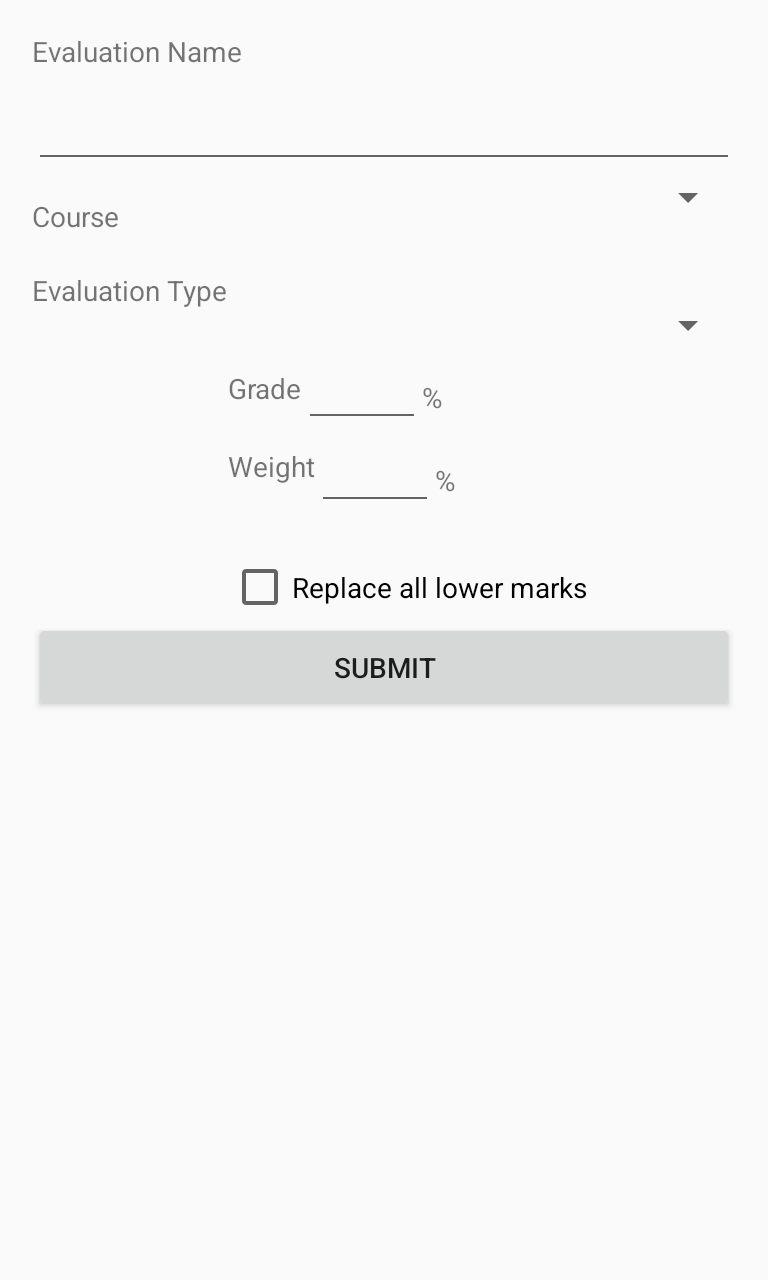
Repository: Tenergy05/GradePlanner
Layout: GradePlanner/res/layout/activity_add_mark.xml
An editor plug-in stored every save of this project. The layout is shown before and after the next save, followed by the edit.
It is drawn on a 768 x 1280 px phone screen (xhdpi) without system bars, with theme AppTheme; the app's code is not run.

Above is the layout before, as saved 2014-12-30 21:53:14.

### GradePlanner/res/layout/activity_add_mark.xml
<RelativeLayout xmlns:android="http://schemas.android.com/apk/res/android"
    xmlns:tools="http://schemas.android.com/tools"
    android:layout_width="match_parent"
    android:layout_height="match_parent"
    android:paddingBottom="@dimen/activity_vertical_margin"
    android:paddingLeft="@dimen/activity_horizontal_margin"
    android:paddingRight="@dimen/activity_horizontal_margin"
    android:paddingTop="@dimen/activity_vertical_margin"
    tools:context="com.example.gradeplanner.AddMarkActivity" >

    <TextView
        android:id="@+id/textView1"
        android:layout_width="wrap_content"
        android:layout_height="wrap_content"
        android:text="@string/eval_name" />

    <EditText
        android:id="@+id/editText1"
        android:layout_width="wrap_content"
        android:layout_height="wrap_content"
        android:layout_alignLeft="@+id/textView1"
        android:layout_alignParentRight="true"
        android:layout_below="@+id/textView1"
        android:layout_marginTop="10dp"
        android:inputType="text"
        android:ems="10" />

    <TextView
        android:id="@+id/textView2"
        android:layout_width="wrap_content"
        android:layout_height="wrap_content"
        android:layout_alignLeft="@+id/editText1"
        android:layout_below="@+id/editText1"
        android:layout_marginTop="12dp"
        android:text="@string/course" />

    <Spinner
        android:id="@+id/spinner1"
        android:layout_width="wrap_content"
        android:layout_height="wrap_content"
        android:layout_alignRight="@+id/editText1"
        android:layout_below="@+id/editText1"
        android:layout_toRightOf="@+id/textView2" />

    <TextView
        android:id="@+id/textView3"
        android:layout_width="wrap_content"
        android:layout_height="wrap_content"
        android:layout_alignLeft="@+id/textView2"
        android:layout_below="@+id/textView2"
        android:layout_marginTop="18dp"
        android:text="@string/eval_type" />

    <Spinner
        android:id="@+id/spinner2"
        android:layout_width="wrap_content"
        android:layout_height="wrap_content"
        android:layout_alignParentRight="true"
        android:layout_toRightOf="@+id/textView3"
        android:layout_alignBaseline="@+id/textView3" />

    <TextView
        android:id="@+id/textView4"
        android:layout_width="wrap_content"
        android:layout_height="wrap_content"
        android:layout_alignLeft="@+id/spinner2"
        android:layout_below="@+id/spinner2"
        android:layout_marginTop="10dp"
        android:text="@string/grade" />

    <EditText
        android:id="@+id/editText2"
        android:width="60dp"
        android:layout_width="wrap_content"
        android:layout_height="wrap_content"
        android:layout_toRightOf="@+id/textView4"
        android:layout_below="@+id/spinner2"
        android:ems="10"
        android:maxLength="3"
        android:inputType="number" />

    <TextView
        android:id="@+id/textView6"
        android:layout_width="wrap_content"
        android:layout_height="wrap_content"
        android:layout_alignBaseline="@+id/editText2"
        android:layout_alignBottom="@+id/editText2"
        android:layout_toRightOf="@+id/editText2"
        android:text="@string/percentage" />

    <TextView
        android:id="@+id/textView5"
        android:layout_width="wrap_content"
        android:layout_height="wrap_content"
        android:layout_alignLeft="@+id/textView4"
        android:layout_below="@+id/textView4"
        android:layout_marginTop="20dp"
        android:text="@string/weight" />

    <EditText
        android:id="@+id/editText3"
        android:layout_width="wrap_content"
        android:layout_height="wrap_content"
        android:layout_below="@+id/editText2"
        android:layout_toRightOf="@+id/textView5"
        android:width="60dp"
        android:maxLength="3"
        android:ems="10"
        android:inputType="number" />


    <TextView
        android:id="@+id/textView7"
        android:layout_width="wrap_content"
        android:layout_height="wrap_content"
        android:layout_alignBaseline="@+id/editText3"
        android:layout_alignBottom="@+id/editText3"
        android:layout_toRightOf="@+id/editText3"
        android:text="@string/percentage" />


    <CheckBox
        android:id="@+id/checkBox1"
        android:layout_width="wrap_content"
        android:layout_height="wrap_content"
        android:layout_alignLeft="@+id/textView5"
        android:layout_below="@+id/editText3"
        android:layout_marginTop="20dp"
        android:text="@string/special_type" />

    <Button
        android:id="@+id/button1"
        android:layout_width="wrap_content"
        android:layout_height="wrap_content"
        android:layout_alignParentLeft="true"
        android:layout_alignParentRight="true"
        android:layout_below="@+id/checkBox1"
        android:text="@string/submit" />


</RelativeLayout>

### GradePlanner/res/values/strings.xml
<?xml version="1.0" encoding="utf-8"?>
<resources>

    <string name="app_name">Grade Planner</string>
    <string name="add_course">Add Course</string>
    <string name="course">Course</string>
    <string name="grade">Grade</string>
    <string name="goal">Goal</string>
    <string name="weight">Weight</string>
    <string name="action_settings">Settings</string>
    <string name="title_activity_add_course">Add Course</string>
    <string name="course_code">Course Code</string>
    <string name="grade_goal">Course Goal</string>
    <string name="add_mark">Add Mark</string>
    <string name="percentage">%</string>
    <string name="submit">Submit</string>
    <string name="title_activity_add_mark">Add Mark</string>
    <string name="eval_name">Evaluation Name</string>
    <string name="eval_type">Evaluation Type</string>
    <string name="special_type">Replace all lower marks</string>

</resources>

Loaded but not shown: GradePlanner/res/values/styles.xml (common file); GradePlanner/res/values-v11/styles.xml (common file); GradePlanner/res/values-v14/styles.xml (common file); GradePlanner/res/values/dimens.xml (common file); GradePlanner/res/values-w820dp/dimens.xml (common file)

After the next save:
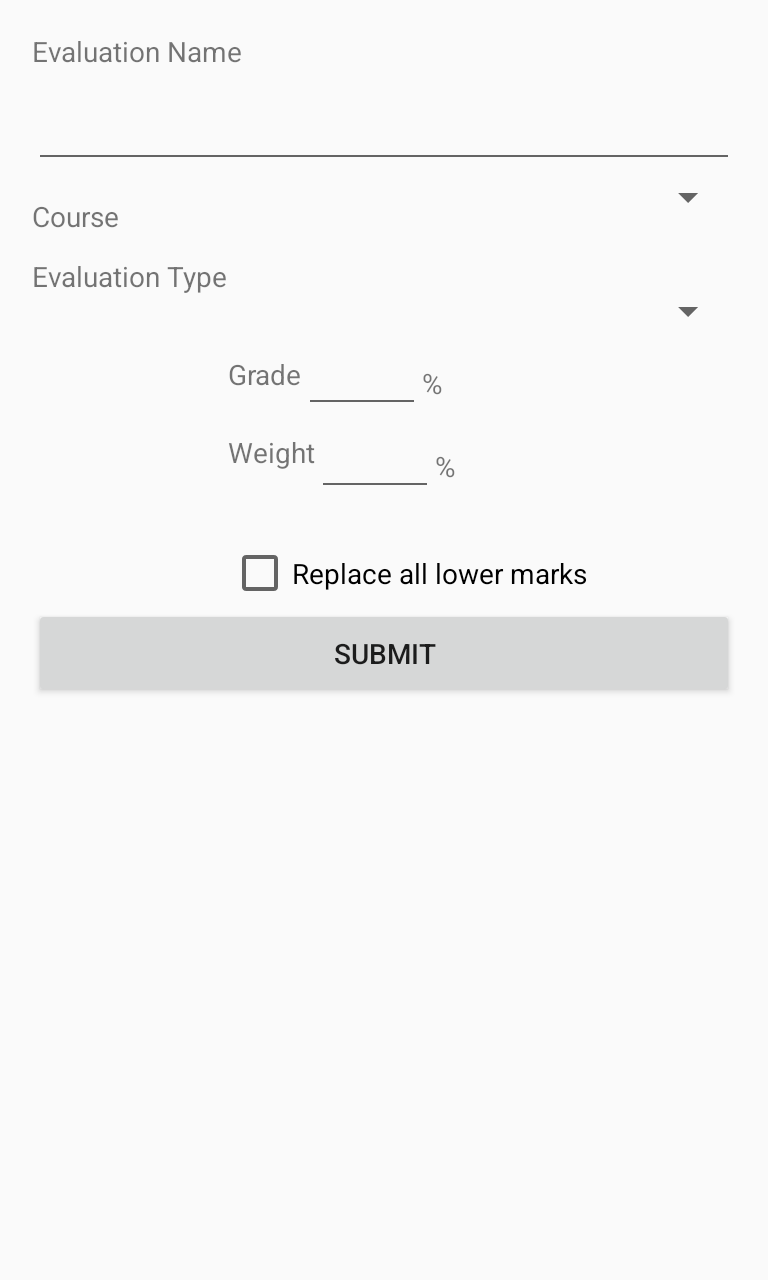
Saved 90 s later.
--- a/GradePlanner/res/layout/activity_add_mark.xml
+++ b/GradePlanner/res/layout/activity_add_mark.xml
@@ -47,7 +47,7 @@
         android:layout_width="wrap_content"
         android:layout_height="wrap_content"
         android:layout_alignLeft="@+id/textView2"
-        android:layout_below="@+id/textView2"
+        android:layout_below="@+id/spinner1"
         android:layout_marginTop="18dp"
         android:text="@string/eval_type" />
 
